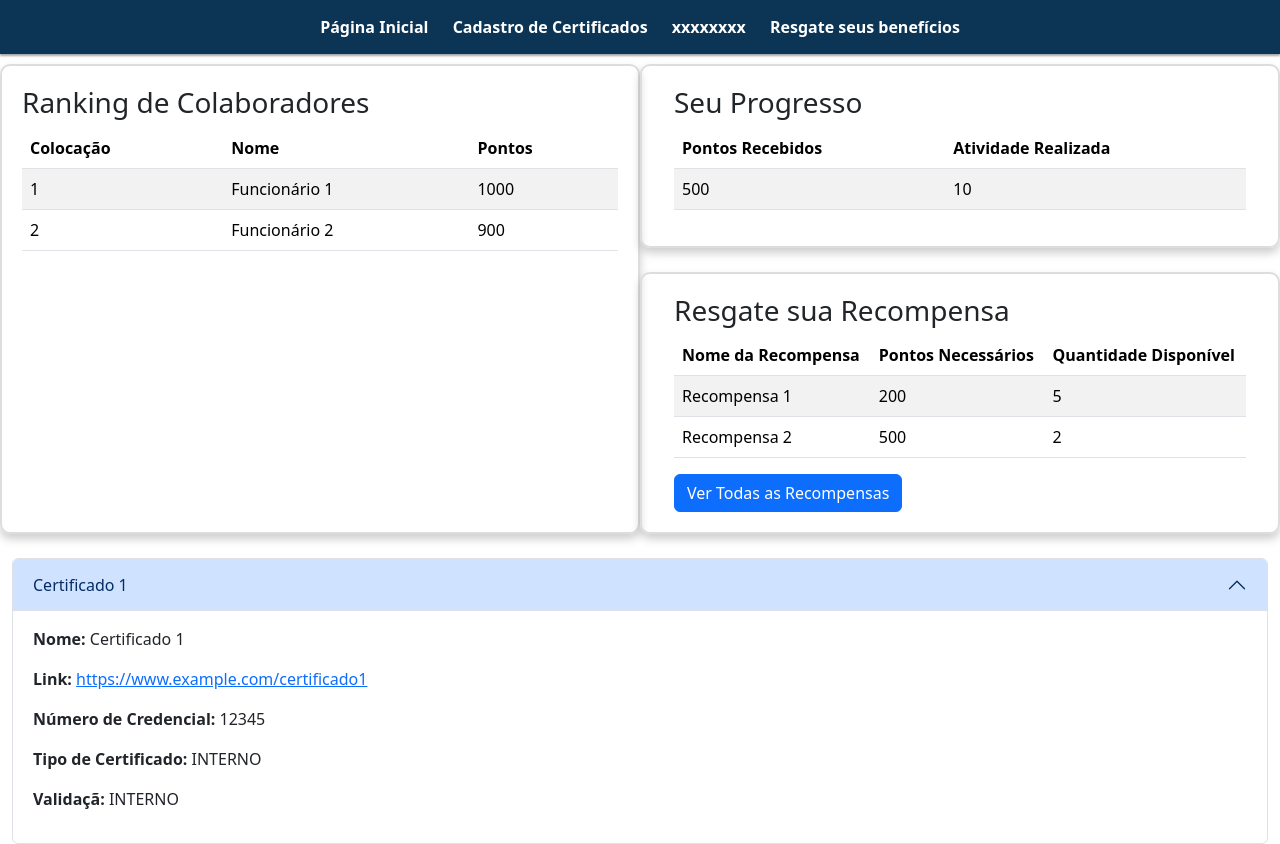
Repository: mumuryllo/ProjetoZupPointsCatalisa5
Page: ZuPointsCatalisa5 Front-End/colaborador.html
These files come from the project's save history. The page is drawn as it stood at one moment and after the next save; the edit follows.
The browser window is 1280 px wide. The pictures show the whole page.

Above is the page before, as saved 2023-10-10 19:29:03.

### ZuPointsCatalisa5 Front-End/colaborador.html
<!DOCTYPE html>
<html lang="en">
<head>
    <meta charset="UTF-8">
    <meta name="viewport" content="width=device-width, initial-scale=1.0">
    <title>Página de Funcionários</title>

    <link href="https://cdn.jsdelivr.net/npm/bootstrap@5.3.2/dist/css/bootstrap.min.css" rel="stylesheet"
        integrity="sha384-T3c6CoIi6uLrA9TneNEoa7RxnatzjcDSCmG1MXxSR1GAsXEV/Dwwykc2MPK8M2HN" crossorigin="anonymous">


      <link rel="stylesheet" href="style/nav-bar.css">

    <!-- Custom CSS for Styling -->
    <style>
        .custom-border {
            border: 2px solid #ddd;
            border-radius: 10px;
            padding: 20px;
            box-shadow: 0px 5px 10px rgba(0, 0, 0, 0.2);
        }
        .mb-4 {
            margin-bottom: 2rem;
        }
    </style>
</head>
<body>
    <!-- Cabeçalho -->


    <nav>
        <a href="index.html">Página Inicial</a>
        <a href="./cadastro_certificado.html">Cadastro de Certificados</a>
        <a href="buscarTodos.html">xxxxxxxx</a>
        <a href="buscarEspecifico.html">Resgate seus benefícios</a>
    </nav>

    <div class="container-fluid">
        <div class="row">
            <!-- Coluna da esquerda com o ranking -->
            <div class="col-md-6 custom-border mb-4">
                <h3>Ranking de Colaboradores</h3>
                <table class="table table-striped">
                    <thead>
                        <tr>
                            <th>Colocação</th>
                            <th>Nome</th>
                            <th>Pontos</th>
                        </tr>
                    </thead>
                    <tbody>
                        <tr>
                            <td>1</td>
                            <td>Funcionário 1</td>
                            <td>1000</td>
                        </tr>
                        <tr>
                            <td>2</td>
                            <td>Funcionário 2</td>
                            <td>900</td>
                        </tr>
                        <!-- Adicione mais linhas conforme necessário -->
                    </tbody>
                </table>
            </div>

            <!-- Coluna da direita com divisão vertical -->
            <div class="col-md-6">
                <!-- Parte superior - Seu Progresso -->
                <div class="row justify-content-center custom-border mb-4" style="max-height: 50vh; overflow-y: auto;">
                    <div class="col-12">
                        <h3>Seu Progresso</h3>
                        <div class="table-responsive">
                            <table class="table table-striped">
                                <thead>
                                    <tr>
                                        <th>Pontos Recebidos</th>
                                        <th>Atividade Realizada</th>
                                    </tr>
                                </thead>
                                <tbody>
                                    <tr>
                                        <td>500</td>
                                        <td>10</td>
                                    </tr>
                                    <!-- Adicione mais linhas conforme necessário -->
                                </tbody>
                            </table>
                        </div>
                    </div>
                </div>



                <!-- Divisão vertical -->
                <div class="row">
                    <div class="col-12 border-right">
                        <!-- Parte inferior - Resgate sua Recompensa -->
                        <div class="row justify-content-center custom-border mb-4" style="max-height: 50vh; overflow-y: auto;">
                            <div class="col-12">
                                <h3>Resgate sua Recompensa</h3>
                                <div class="table-responsive">
                                    <table class="table table-striped">
                                        <thead>
                                            <tr>
                                                <th>Nome da Recompensa</th>
                                                <th>Pontos Necessários</th>
                                                <th>Quantidade Disponível</th>
                                            </tr>
                                        </thead>
                                        <tbody>
                                            <tr>
                                                <td>Recompensa 1</td>
                                                <td>200</td>
                                                <td>5</td>
                                            </tr>
                                            <tr>
                                                <td>Recompensa 2</td>
                                                <td>500</td>
                                                <td>2</td>
                                            </tr>
                                            <!-- Adicione mais linhas conforme necessário -->
                                        </tbody>
                                    </table>
                                </div>
                                <button class="btn btn-primary text-center">Ver Todas as Recompensas</button>
                            </div>
                        </div>
                    </div>
                </div>
            </div>
        </div>

        <div class="accordion" id="certificadosAccordion">
            <!-- Certificado 1 -->
            <div class="accordion-item">
                <h2 class="accordion-header" id="certificado1Heading">
                    <button class="accordion-button" type="button" data-bs-toggle="collapse" data-bs-target="#certificado1Collapse" aria-expanded="true" aria-controls="certificado1Collapse">
                        Certificado 1
                    </button>
                </h2>
                <div id="certificado1Collapse" class="accordion-collapse collapse show" aria-labelledby="certificado1Heading" data-bs-parent="#certificadosAccordion">
                    <div class="accordion-body">
                        <p><strong>Nome:</strong> Certificado 1</p>
                        <p><strong>Link:</strong> <a href="https://www.example.com/certificado1">https://www.example.com/certificado1</a></p>
                        <p><strong>Número de Credencial:</strong> 12345</p>
                        <p><strong>Tipo de Certificado:</strong> INTERNO</p>
                        <p><strong>Validaçã:</strong> INTERNO</p>
                    </div>
                </div>
            </div>



    </div>
<script src="https://cdn.jsdelivr.net/npm/bootstrap@5.3.2/dist/js/bootstrap.bundle.min.js" integrity="sha384-C6RzsynM9kWDrMNeT87bh95OGNyZPhcTNXj1NW7RuBCsyN/o0jlpcV8Qyq46cDfL" crossorigin="anonymous"></script>
</body>
</html>

### ZuPointsCatalisa5 Front-End/style/nav-bar.css
:root {
    --cor0: #0e1a33;
    --cor1: #061b2c;
    --cor2: #0c3455;
    --cor3: #8dc63F;
    --cor4: #40ba84;
    --cor5: #ef4123;
    --cor6: #f7941e;
    --cor7: #909090;
    --cor8: #ffffff;

    --fonte-padrao: Arial, Verdana, Helvetica, sans-serif;
    --fonte-destaque: 'Bebas Neue', cursive;
}

header {
    background-image: linear-gradient(to bottom, var(--cor0), var(--cor2));
    text-align: center;
    min-height: 150px;
    padding-top: 30px;
}

header>h1 {
    color: var(--cor8);
    font-weight: normal;
    font-size: 3em;
    margin-bottom: 20px;
    text-shadow: 2px 2px 0 rgba(0, 0, 0, 0.466);
}

header>p {
    color: var(--cor8);
    font-size: 1.2em;
    padding-left: 10px;
    padding-right: 10px;
    margin: auto;
    padding-bottom: 20px;
    text-shadow: 2px 2px 0 rgba(0, 0, 0, 0.466);
}

nav {
    background-color: var(--cor2);
    padding: 15px;
    box-shadow: 0px 2px 2px #0000005b;
    text-align: center;
    margin-bottom: 10px;
}

nav a {
    color: var(--cor8);
    padding: 10px;
    text-decoration: none;
    font-weight: bold;
    transition-duration: 0.5s;
}

nav a:hover {
    border-bottom: 5px solid var(--cor3);
    padding-bottom: 2px;
    text-decoration: none;/
}

After the next save:
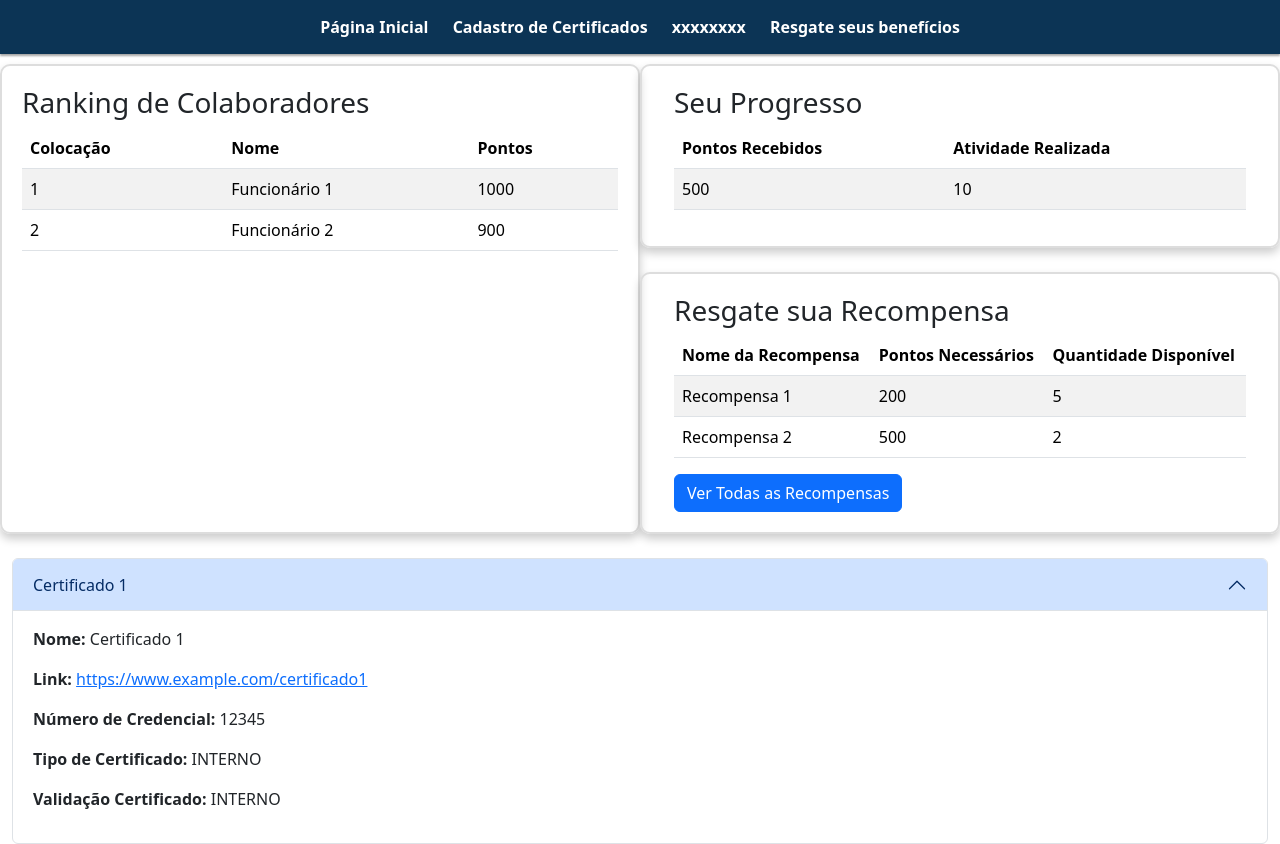
Saved 7 s later.
--- a/ZuPointsCatalisa5 Front-End/colaborador.html
+++ b/ZuPointsCatalisa5 Front-End/colaborador.html
@@ -145,7 +145,7 @@
                         <p><strong>Link:</strong> <a href="https://www.example.com/certificado1">https://www.example.com/certificado1</a></p>
                         <p><strong>Número de Credencial:</strong> 12345</p>
                         <p><strong>Tipo de Certificado:</strong> INTERNO</p>
-                        <p><strong>Validaçã:</strong> INTERNO</p>
+                        <p><strong>Validação Certificado:</strong> INTERNO</p>
                     </div>
                 </div>
             </div>
